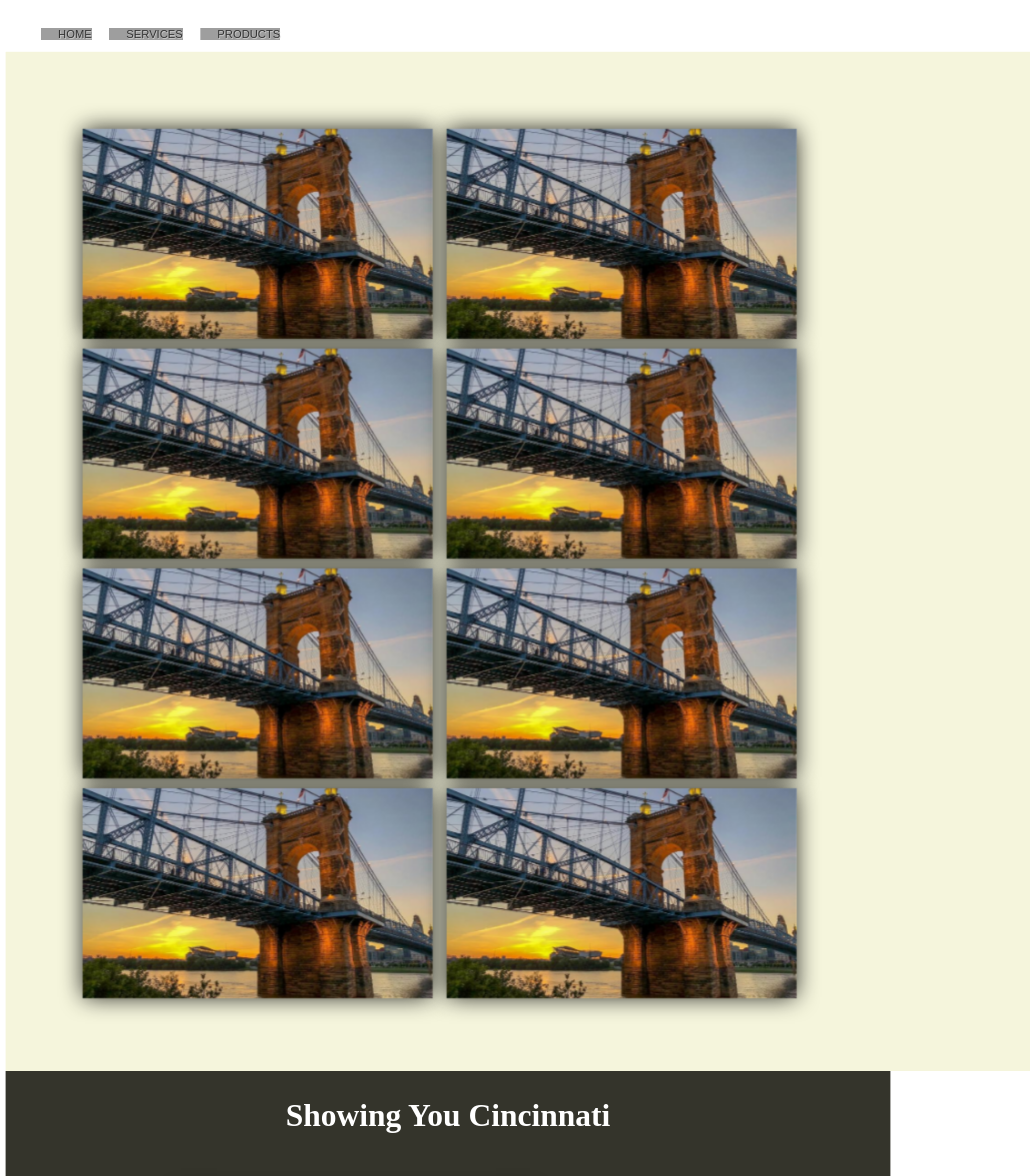
Repository: LtGriff/capstoneprogress
Page: index.html
The author's editor kept a copy of each file at every save. The page is drawn from the files as they stood at one save, then again after the next save.
The browser window is 1280 px wide. The page is 1472 px wide, so the pictures cover 1472 px, including what lies to the right of the window. The pictures show the part of the page from y = 0 to 1680 px (the page is 4090 px tall), at 70% of full size.
Pictures or frames that could not be fetched are drawn as grey boxes.

Above is the page before, as saved 2022-06-06 03:47:22.
Console error: TypeError: Cannot read properties of null (reading 'addEventListener')

After the next save:
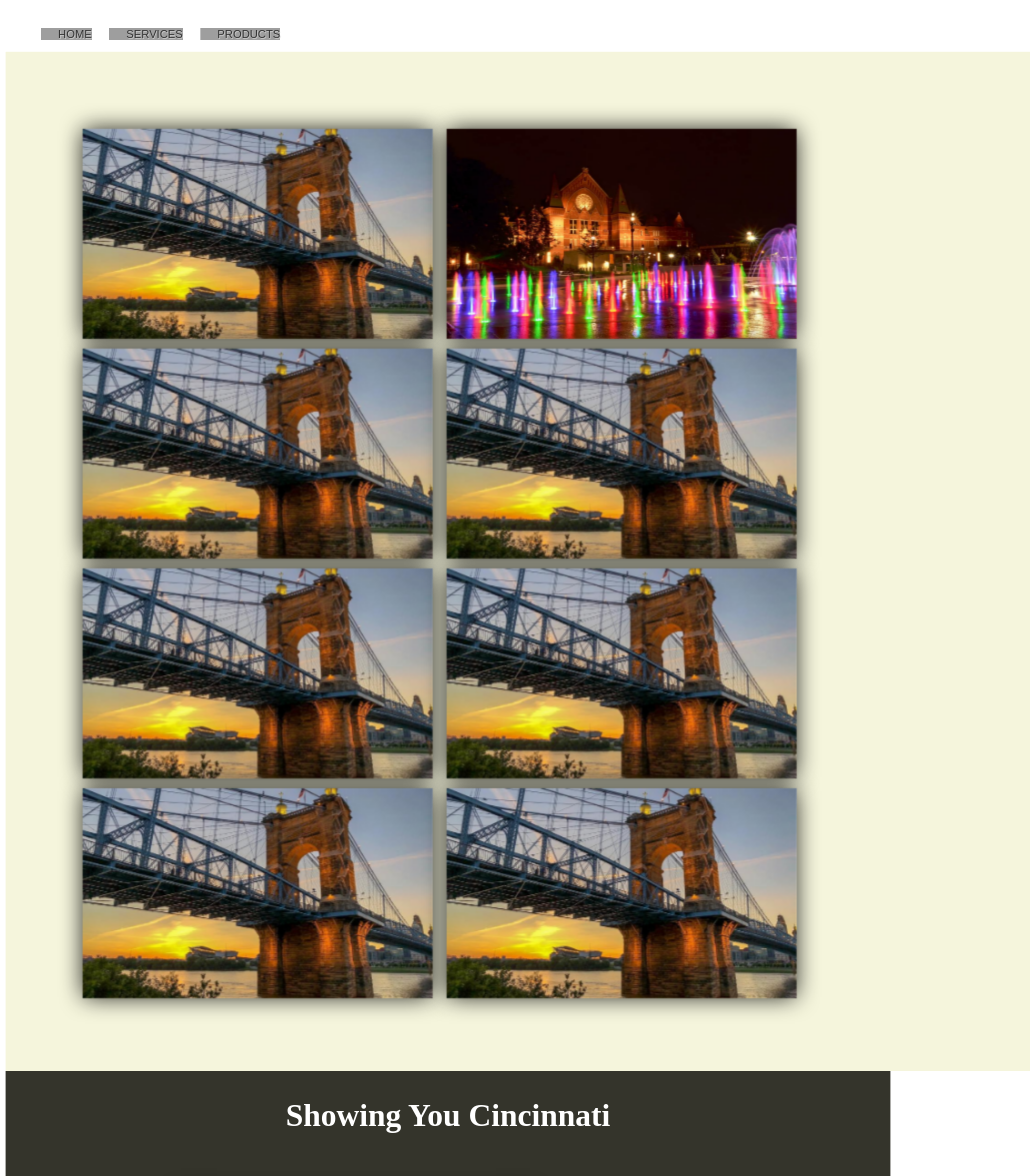
Saved 6 min 27 s later.
--- a/index.html
+++ b/index.html
@@ -41,7 +41,7 @@
 
 
                <div class="card">
-                    <img src="img/bridge.jpg" alt="bridge">
+                    <img src="img/WP.jpg" alt="bridge">
 
 
                </div>
